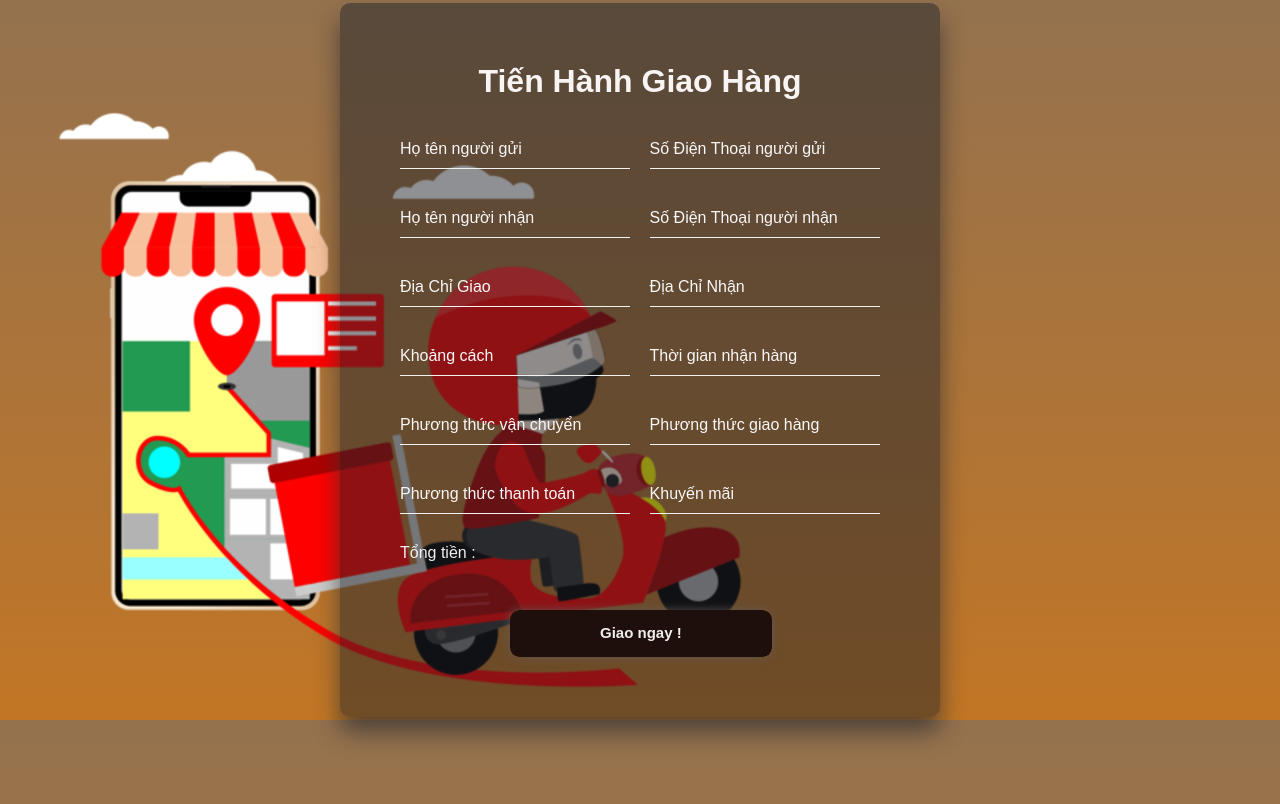
Repository: Pnguyen285/Demo
Page: Giao diện/index.html
An editor plug-in stored every save of this project. The page is shown before and after the next save, followed by the edit.
The browser window is 1280 px wide. The pictures show the whole page.

Above is the page before, as saved 2023-07-30 15:34:03.

### Giao diện/index.html
<!DOCTYPE html>
<html lang="en">
<head>
  <meta charset="UTF-8">
  <meta name="viewport" content="width=device-width, initial-scale=1.0">
  <title>Document</title>
  <link rel="stylesheet" type="" href="style.css">
  <img src="delivery.png" alt="">
</head>
<body>
  <div class="login-box">
    <h1>Tiến Hành Giao Hàng</h1>
    <div>
      <div class="user-box1">
        <div class="user-box">
          <input type="text" name="" required="">
          <label>Họ tên người gửi</label>
        </div>
        <div class="user-box">
          <input type="text" name="" required="">
          <label>Số Điện Thoại người gửi</label>
        </div>
      </div>
      <div class="user-box1">
        <div class="user-box">
          <input type="text" name="" required="">
          <label>Họ tên người nhận</label>
        </div>
        <div class="user-box">
          <input type="text" name="" required="">
          <label>Số Điện Thoại người nhận</label>
        </div>
      </div>
      <div class="user-box1">
        <div class="user-box">
          <input type="text" name="" required="">
          <label>Địa Chỉ Giao</label>
        </div>
        <div class="user-box">
          <input type="text" name="" required="">
          <label>Địa Chỉ Nhận</label>
        </div>
      </div>
      <div class="user-box1">
        <div class="user-box">
          <input type="text" name="" required="">
          <label>Khoảng cách</label>
        </div>
        <div class="user-box">
          <input type="text" name="" required="">
          <label>Thời gian nhận hàng</label>
        </div>
      </div>
      <div class="user-box1">
        <div class="user-box">
          <input type="number" name="" required="">
          <label>Phương thức vận chuyển</label>
        </div>
        <div class="user-box">
          <input type="number" name="" required="">
          <label>Phương thức giao hàng</label>
        </div>
      </div>
      <div class="user-box1">
        <div class="user-box">
          <input type="number" name="" required="">
          <label>Phương thức thanh toán</label>
        </div>
        <div class="user-box">
          <input type="text" name="" required="">
          <label>Khuyến mãi</label>
        </div>
      </div>
      <div class="totals">
          <label>Tổng tiền :</label>
      </div>
      <br>
      <button>
        <span class="transition"></span>
        <span class="gradient"></span>
        <span class="label">Giao ngay !</span>
      </button>
    </form>
  </div>
</body>
</html>

### Giao diện/style.css
html {
  height: 100%;
}
body {
  margin:0;
  padding:0;
  font-family: sans-serif;
  background: linear-gradient(#94724f, #c27625);
}

.login-box {
  position: absolute;
  top: 50%;
  left: 50%;
  width: 600px;
  padding: 60px;
  transform: translate(-50%, -50%);
  background: rgba(33, 35, 40, 0.5);
  box-sizing: border-box;
  box-shadow: 0 15px 25px rgba(53, 50, 49, 0.742);
  border-radius: 10px;
  color:#fff
}

.login-box h1 {
  margin: 0 0 30px;
  padding: 0;
  color: #f8f4f4;
  text-align: center;
}

.login-box .user-box {
  position: relative;
  align-items: center;
  text-align: left;
}
.user-box{
  position: relative;
  display: inline-block;
  width: 48%;
  margin-right: 2%;

}
.login-box .user-box input {
  width: 100%;
  padding: 10px 0;
  font-size: 16px;
  color: #eae6e7;
  margin-bottom: 30px;
  border: none;
  border-bottom: 1px solid #f2f3f0;
  outline: none;
  background: transparent;
}
.login-box .user-box label {
  position: absolute;
  top:0;
  left: 0;
  padding: 10px 0;
  font-size: 16px;
  color: #faf7f7;
  pointer-events: none;
  transition: .5s;
}

.login-box .user-box input:focus ~ label,
.login-box .user-box input:valid ~ label {
  top: -20px;
  left: 0;
  color: #0c0b0a;
  font-size: 14px;

}

button {
  font-size: 15px;
  padding: 1em 6em;
  font-weight: 500;
  background: rgb(199, 108, 47);
  background: linear-gradient(90deg, rgba(196, 200, 203, 0.72), rgb(243, 142, 11) 0% 100%);
  color: #f1efec;
  font-weight: 900;
  border: none;
  position: relative;
  overflow: hidden;
  border-radius: 0.6em;
  box-shadow: 0 0 10px hsla(0, 2%, 37%, 0.8);
  transition: 0.2s;
  left: 110px;
}

.label {
  position: relative;
  top: -1px;
}

.transition {
  transition-timing-function: cubic-bezier(0.8, 0, 0.2, 1);
  transition-duration: 400ms;
  background: #1e0e0c;
  border-radius: 9999px;
  width: 20em;
  height: 11em;
  position: absolute;
  left: 50%;
  top: 50%;
  transform: translate(-50%, -50%);
}

button:hover .transition {
  width: 0;
  height: 0;
}

button:hover {
  transition: 0.2s;
  color: #110d0b;
}

button:active {
  transform: scale(0.97);
}
.user-box1:after {

  display: table;
  clear: both;
}
.user-box1 > div {
  float: left;
  width: 48%;
  margin-right: 4%;
}
.user-box1 > div:last-child {
  margin: 0;
}


.totals {
  margin: 0 0 30px;
  padding: 0;
  color: #f4efef;
  text-align: left;

}

After the next save:
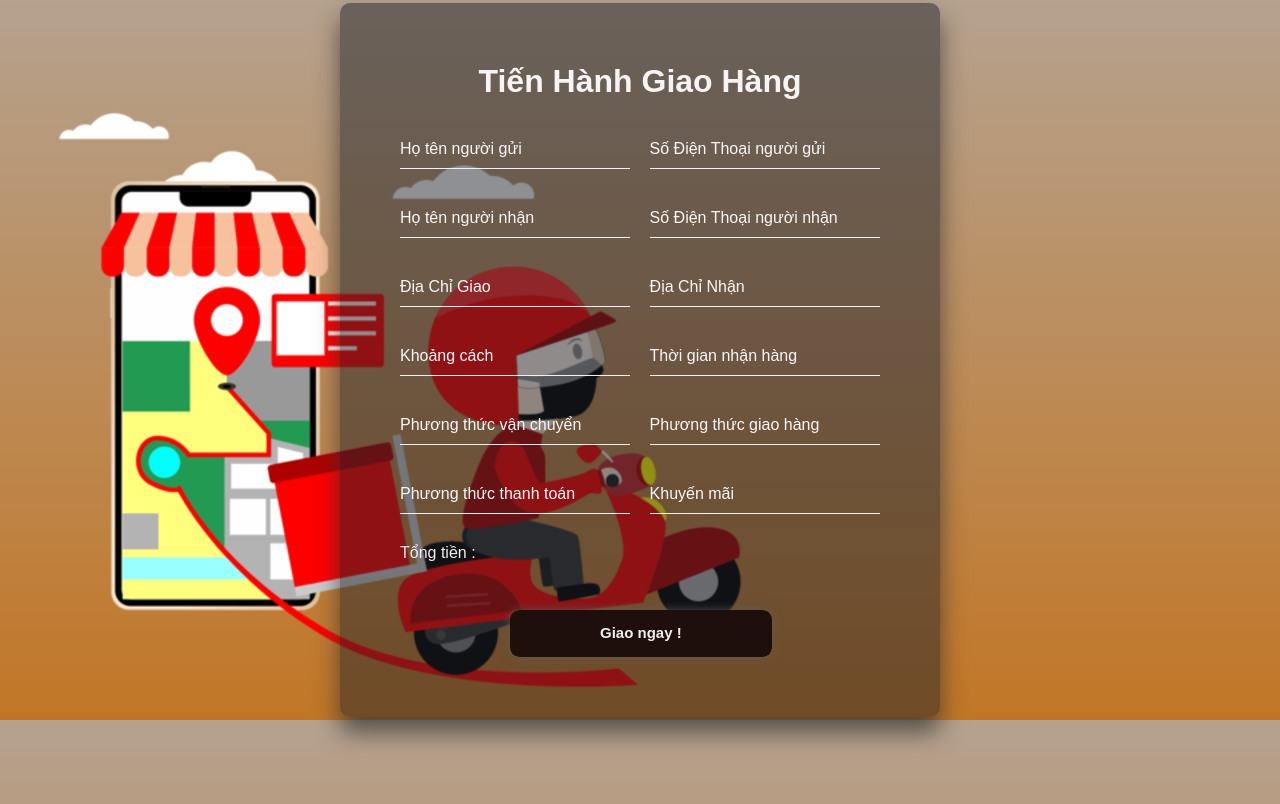
Saved 9 s later.
--- a/Giao diện/style.css
+++ b/Giao diện/style.css
@@ -5,7 +5,7 @@ body {
   margin:0;
   padding:0;
   font-family: sans-serif;
-  background: linear-gradient(#94724f, #c27625);
+  background: linear-gradient(#b5a28f, #c27625);
 }
 
 .login-box {
